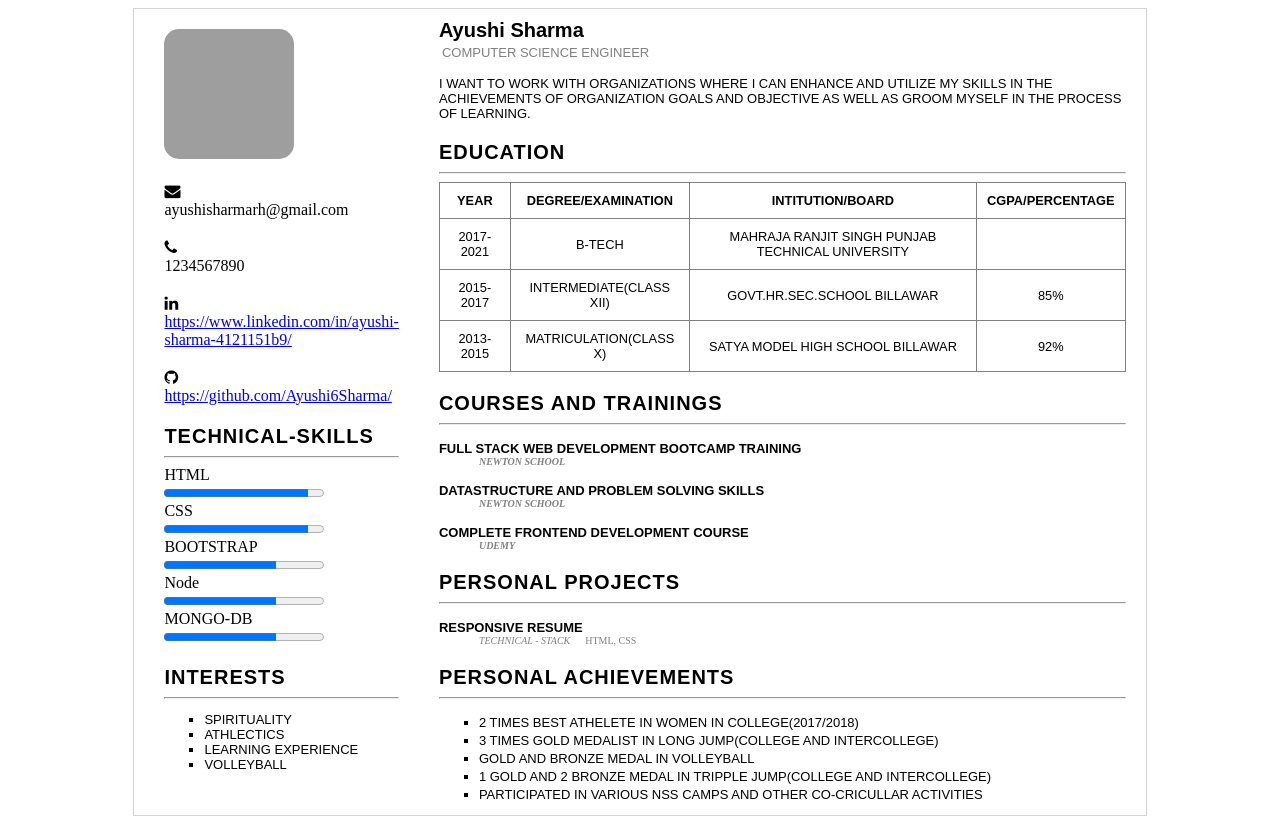
Repository: Ayushi6Sharma/Resume
Page: index.html
An editor plug-in stored every save of this project. The page is shown before and after the next save, followed by the edit.
The browser window is 1280 px wide. The pictures show the whole page.
Pictures or frames that could not be fetched are drawn as grey boxes.

Above is the page before, as saved 2022-05-04 16:09:57.

### index.html
<!DOCTYPE html>
<html lang="en">
    <head>
        <meta charset="utf-8">
        <meta http-equiv="X-UA-Compatible" content="IE=edge">
        <meta name="viewport" content="width=device-width, initial-scale=1">
        <meta name="description" content="Responsive resume for companies">
        <meta name="author" content="Ayushi Sharma">
        <div class="profile-linkedin"></div>
        <link rel="stylesheet" href="style.css">
        <!-- <link rel="stylesheet" href="https://cdn.jsdelivr.net/npm/@fortawesome/fontawesome-free@5.15.4/css/fontawesome.min.css" integrity="sha384-jLKHWM3JRmfMU0A5x5AkjWkw/EYfGUAGagvnfryNV3F9VqM98XiIH7VBGVoxVSc7" crossorigin="anonymous"> -->
        <!-- <link href="https://cdnjs.cloudflare.com/ajax/libs/font-awesome/5.13.0/css/all.min.css" rel="stylesheet"> -->
        <link rel="stylesheet" href="https://stackpath.bootstrapcdn.com/font-awesome/4.7.0/css/font-awesome.min.css" integrity="sha384-wvfXpqpZZVQGK6TAh5PVlGOfQNHSoD2xbE+QkPxCAFlNEevoEH3Sl0sibVcOQVnN" crossorigin="anonymous">
        <title>Resume</title>
    </head>
    <body>
        <main class="main-content" contenteditable="false">
            <section>
                <div class="left-main-content">
                    <!-- Profile data -->
                    <div class="profile-data">
                        <div class="profile-image">
                           <img src="https://d3dyfaf3iutrxo.cloudfront.net/thumbnail/user/6c8447b7ed274991ae4f61d43667a32b.jpeg" class="img">
                        </div>
                        <div class="profile-email">
                            <div class="email-icon">
                                <i class="fa fa-envelope"></i>
                            </div>
                            <div class="email-address">
                                ayushisharmarh@gmail.com
                            </div>
                        </div>
                        <div class="profile-contact">
                            <div class="phone-icon">
                                <i class="fa fa-phone"></i>
                            </div>
                            <div class="phone-number">
                                1234567890
                            </div>
                        </div>
                        <div class="profile-linkedin">
                            <div class="linkedid-icon">
                                <i class="fa fa-linkedin"></i>
                            </div>
                            <div class="linkedin-account">
                                <a href="https://www.linkedin.com/in/ayushi-sharma-4121151b9/">https://www.linkedin.com/in/ayushi-sharma-4121151b9/</a>
                            </div>
                        </div>
                        <div class="profile-github">
                            <div class="github-icon">
                                <i class="fa fa-github"></i>
                            </div>
                            <div class="github account-account">
                               <a href="https://github.com/Ayushi6Sharma/">https://github.com/Ayushi6Sharma/</a>
                            </div>
                        </div>
                    </div>
                    <!-- Technical Skills -->
                    <div class="technical-skills">
                        <div class="title">
                            TECHNICAL-SKILLS
                        </div>
                        <hr>
                        <div class="skills">
                            <div class="skill-item">
                                HTML
                            </div>
                            <div class="skill-knowledge">
                                <progress value="90" max="100" class="bar"></progress>
                            </div>
                        </div>
                        <div class="skills">
                            <div class="skill-item">
                                CSS
                            </div>
                            <div class="skill-knowledge">
                                <progress value="90" max="100" class="bar"></progress>
                            </div>
                        </div>
                        <div class="skills">
                            <div class="skill-item">
                                BOOTSTRAP
                            </div>
                            <div class="skill-knowledge">
                                <progress value="70" max="100" class="bar"></progress>
                            </div>
                        </div>
                        <div class="skills">
                            <div class="skill-item">
                                Node
                            </div>
                            <div class="skill-knowledge">
                                <progress value="70" max="100" class="bar"></progress>
                            </div>
                        </div>
                        <div class="skills">
                            <div class="skill-item">
                                MONGO-DB
                            </div>
                            <div class="skill-knowledge">
                                <progress value="70" max="100" class="bar"></progress>
                            </div>
                        </div>
                    </div>
                    <!-- Interests -->
                    <div class="Interests">
                        <div class="title">
                            INTERESTS
                        </div>
                        <hr>
                        <ol class="interest-items">
                            <li>SPIRITUALITY</li>
                            <li>ATHLECTICS</li>
                            <li>LEARNING EXPERIENCE</li>
                            <li>VOLLEYBALL</li>
                        </ol>

                    </div>

                </div>

            </section>
            <section>
                <div class="right-main-content">
                     <div class="about">
                         <div class="name">Ayushi Sharma</div>
                         <div class="stream">COMPUTER SCIENCE ENGINEER</div>
                         <p class="details">
                             I WANT TO WORK WITH ORGANIZATIONS WHERE I CAN ENHANCE AND UTILIZE MY SKILLS IN THE ACHIEVEMENTS OF
                             ORGANIZATION GOALS AND OBJECTIVE AS WELL AS GROOM MYSELF IN THE PROCESS OF LEARNING.
                         </p>
                     </div>
                     <div class="education">
                         <div class="title">
                             EDUCATION
                         </div>
                         <hr>
                         <div class="eduction-table">
                             <table>
                                 <thead>
                                     <tr>
                                         <th>YEAR</th>
                                         <th>DEGREE/EXAMINATION</th>
                                         <th>INTITUTION/BOARD</th>
                                         <th>CGPA/PERCENTAGE</th>
                                     </tr>
                                 </thead>
                                 <tr>
                                     <td>
                                         2017-2021
                                     </td>
                                     <td>
                                        B-TECH
                                     </td>
                                     <td>MAHRAJA RANJIT SINGH PUNJAB TECHNICAL UNIVERSITY</td>
                                     <td></td>
                                 </tr>
                                 <tr>
                                    <td>
                                        2015-2017
                                    </td>
                                    <td>
                                       INTERMEDIATE(CLASS XII)
                                    </td>
                                    <td>GOVT.HR.SEC.SCHOOL BILLAWAR</td>
                                    <td>
                                        85%
                                    </td>
                                </tr>
                                <tr>
                                    <td>
                                        2013-2015
                                    </td>
                                    <td>
                                       MATRICULATION(CLASS X)
                                    </td>
                                    <td>SATYA MODEL HIGH SCHOOL BILLAWAR</td>
                                    <td>
                                        92%
                                    </td>
                                </tr>
                             </table>
                         </div>
                     </div>
                     <div class="courses-and-trainings">
                         <div class="title">COURSES AND TRAININGS</div>
                         <hr>
                        <div class="training-1">
                            <dl>
                                <dt class="training-name">
                                    FULL STACK WEB DEVELOPMENT BOOTCAMP TRAINING
                                </dt>
                                <dd class="training-place">
                                    <i>NEWTON SCHOOL</i>
                                </dd>
                            </dl>
                        </div>
                        <div class="training-1">
                            <dl>
                                <dt class="training-name">
                                    DATASTRUCTURE AND PROBLEM SOLVING SKILLS
                                </dt>
                                <dd class="training-place">
                                    <i>NEWTON SCHOOL</i>
                                </dd>
                            </dl>
                        </div>
                        <div class="training-1">
                            <dl>
                                <dt class="training-name">
                                    COMPLETE FRONTEND DEVELOPMENT COURSE
                                </dt>
                                <dd class="training-place">
                                    <i>UDEMY</i>
                                </dd>
                            </dl>
                        </div>
                     </div>
                     <div class="personal-projects">
                        <div class="title">
                            PERSONAL PROJECTS
                        </div>
                        <hr>
                        <div class="project">
                            <dl>
                                <dt class="project-name">RESPONSIVE RESUME</dt>
                                <dd class="tech-stack">
                                    <i>TECHNICAL - STACK</i>
                                    <span>&emsp; HTML, CSS<span>
                                </dd>
                            </dl>
                        </div>
                     </div>
                     <div class="personal-achievements">
                        <div class="title">
                            PERSONAL ACHIEVEMENTS
                        </div>
                        <hr>
                        <ol class="achievements">
                            <li>2 TIMES BEST ATHELETE IN WOMEN IN COLLEGE<span class="ach-data">(2017/2018)<span></li>
                            <li>3 TIMES GOLD MEDALIST IN LONG JUMP<span class="ach-data">(COLLEGE AND INTERCOLLEGE)<span></li>
                            <li>GOLD AND BRONZE MEDAL IN VOLLEYBALL</li>
                            <li>1 GOLD AND 2 BRONZE MEDAL IN TRIPPLE JUMP<span class="ach-data">(COLLEGE AND INTERCOLLEGE)</span></li>
                            <li>PARTICIPATED IN VARIOUS NSS CAMPS AND OTHER CO-CRICULLAR ACTIVITIES</li>
                        </ol>
                     </div>

                </div>
            </section>
        </main>
    </body>
</html>

### style.css

.main-content
{
    display: grid;
    grid-template-columns:1fr 3fr;
    width:80%;
    margin: auto;
    border:1px solid lightgrey;
}
.left-main-content
 {
     /* grid-column: span 1; */
    padding-left: 30px;
    padding-right: 20px;
}
.right-main-content
{
    /* grid-column: span 1/span 2; */
    /* border: 2px solid black; */
    padding-left:20px;
    padding-right: 20px;
}
.profile-data > div{
    margin-top: 20px;
}
/* profile data */
.img
{
    width:130px;
    height:130px;
    border-radius:15px;
}
/* technical skills */
.title{
    margin-top: 20px;
    font-weight: bold;
    font-size: 20px;
    letter-spacing: 1px;
    font-family: sans-serif;
}
/* Interest */
.interest-items{
    list-style-type: square;
    font-size: 13px;
    font-family: sans-serif;
}
/* Right main content */
.name
{
    font-weight:bold;
    font-size:20px;
    font-family: sans-serif;
    padding-top: 10px;
}
.stream
{
    color: grey;
    font-family: sans-serif;
    font-size: 13px;
    padding: 3px;
}
.details
{
    font-size: 13px;
    font-family: sans-serif;
}
/* EDUCTAION */

table,th,td
{
    border:1px solid grey;
    border-collapse: collapse;
    text-align: center;
    padding:10px;
    font-size: 1vw;
    font-family: sans-serif;
}
/* TRIANING AND COURSES */
.training-name
{
    font-weight: bold;
    font-size:13px;
    font-family: sans-serif;
}
.training-place
{
    font-weight: bold;
    font-size: 10px;
    color:grey;
}
/* PROJECTS */
.project-name
{
    font-weight: bold;
    font-size:13px;
    font-family: sans-serif;
}
.tech-stack
{
    color:grey;
    font-size: 10px;
}
.stack-name li
{
    list-style-type: square;
}
/* ACHIEVEMENTS */
.achievements
{
    list-style-type: square;
    font-size: 13px;
    font-family:sans-serif;
}
.achievements li
{
    padding-top: 3px;
}
/* media queries for responsive page */

@media only screen and (max-width:480px)
{   .main-content
    {
        grid-template-columns:repeat(1,1fr);
        width:100%;
    }
    .title
    {
        font-size: 15px;
    }
    th,td
    {
        font-size:10px;
        padding: 2px;
    }
    .training-name
    {
        font-size:10px;
    }
    .training-place
    {
        font-size: 8px;
    }
}
@media only screen and (min-width:481px) and (max-width:768px)
{
    .main-content
    {
        grid-template-columns:repeat(1,1fr);
        width:100%;
    }
    .title
    {
        font-size: 18px;
    }
    table,th,td
    {
        font-size: 10px;
    }
    .training-name
    {
        font-size:12px;
    }
    .training-place
    {
        font-size: 9px;
    }
}
@media only screen and (min-width:481px) and (max-width:768px)
{
    th,td
    {
        font-size: 10px;
        /* padding: 10px; */
    }
}

After the next save:
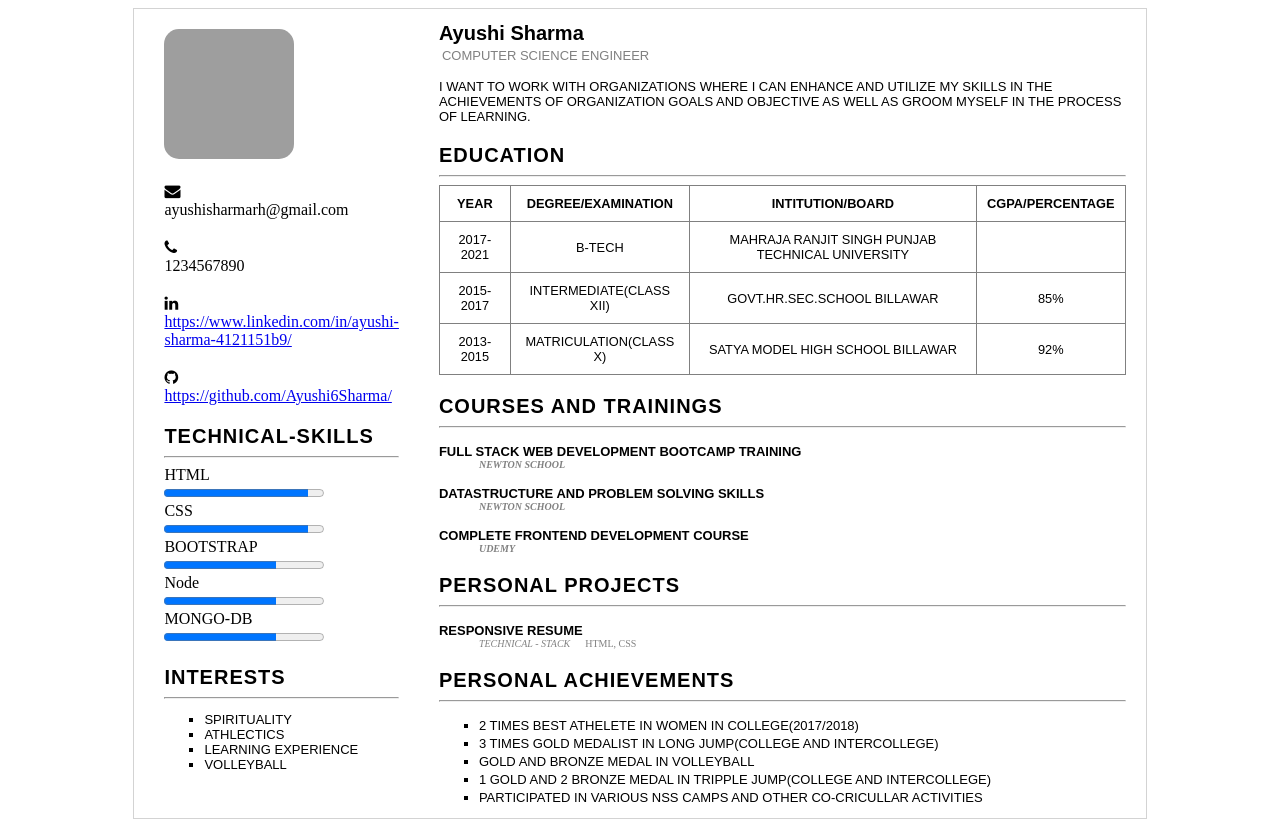
Saved 11 s later.
--- a/style.css
+++ b/style.css
@@ -50,7 +50,7 @@
     font-weight:bold;
     font-size:20px;
     font-family: sans-serif;
-    padding-top: 10px;
+    padding-top: 13px;
 }
 .stream
 {
